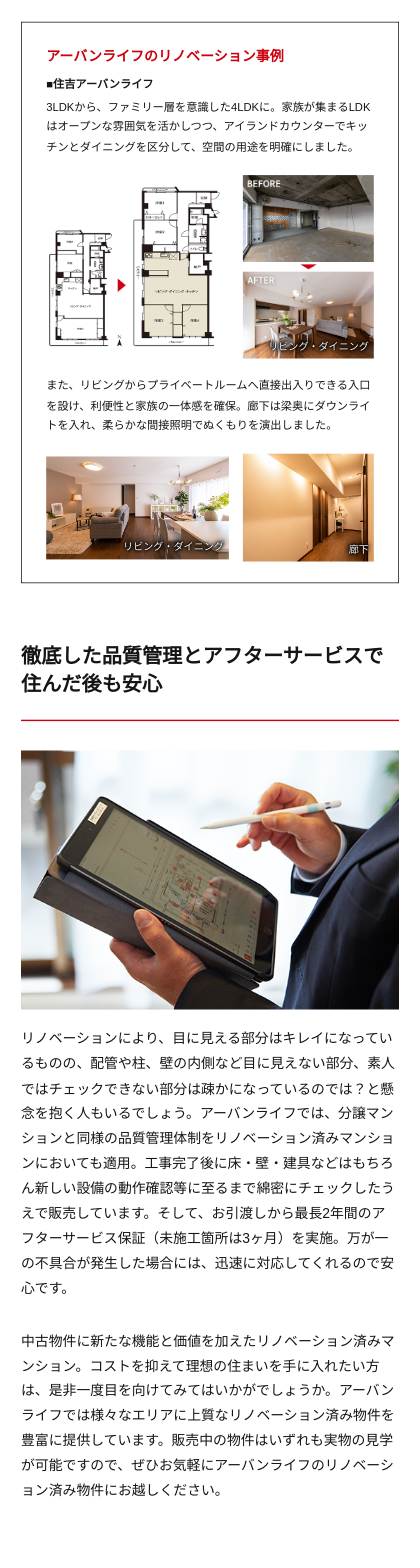
Repository: duongspm/group-kansai_new-data
Page: group-kansai_new/pickup/column07.html
The author's editor kept a copy of each file at every save. The page is drawn from the files as they stood at one save, then again after the next save.
The browser window is 600 px wide. The pictures show the part of the page from y = 4013 to 6253 px (the page is 7126 px tall before and 7502 px after), at 70% of full size.

Above is the page before, as saved 2023-06-30 16:31:19.

After the next save:
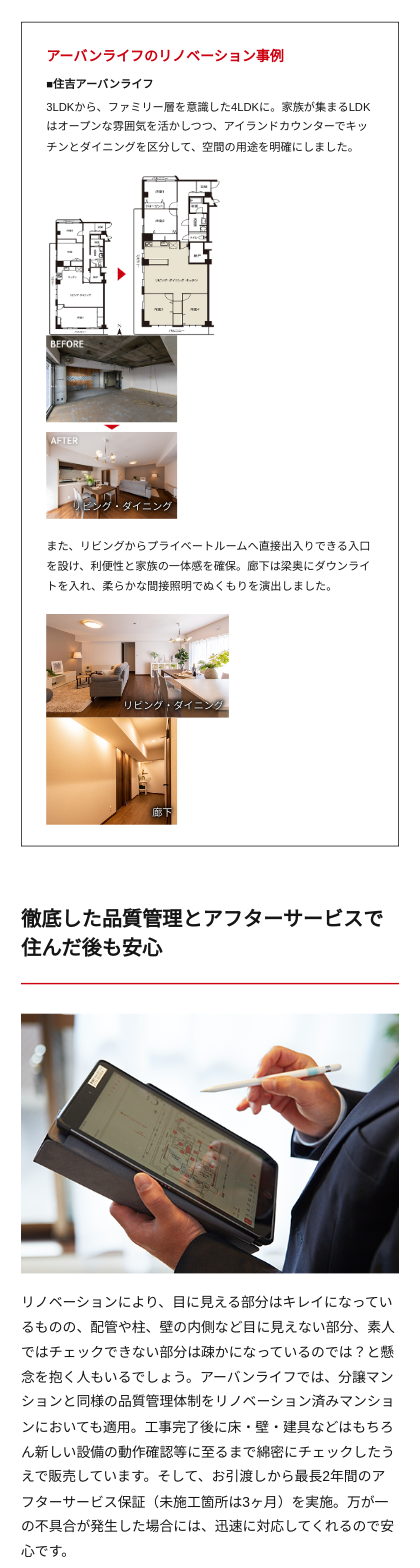
Saved 46 s later.
--- a/group-kansai_new/pickup/css/column.css
+++ b/group-kansai_new/pickup/css/column.css
@@ -229,4 +229,9 @@
     .column07__box{
         padding: 30px 35px;
     }
-}
+    .column07__box .flex{
+        display: flex;
+        flex-direction: column;
+
+    }
+}
